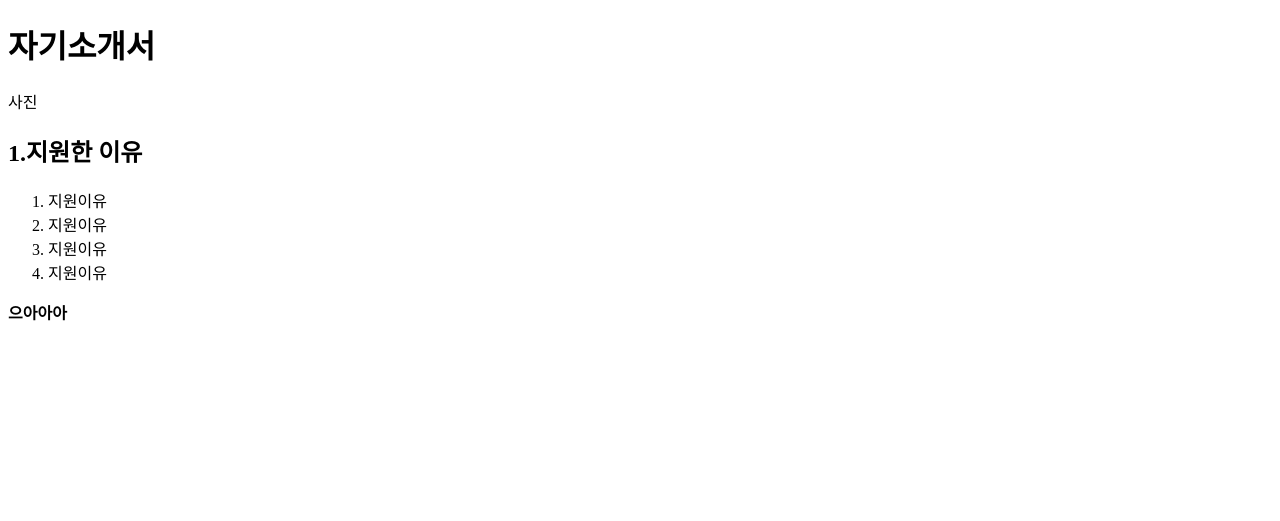
Repository: DongHyenYoo/DongHyen
Page: JdbcStudy/HTMLTEST/WebContent/SelfIntro.html
These files come from the project's save history. The page is drawn as it stood at one moment and after the next save; the edit follows.
The browser window is 1280 px wide. The pictures show the whole page.

Above is the page before, as saved 2022-09-23 07:11:29.

### JdbcStudy/HTMLTEST/WebContent/SelfIntro.html
<!DOCTYPE html>
<html>
<head>
<meta charset="UTF-8">
<title>Insert title here</title>
</head>
<body>
<h1>자기소개서</h1>

사진

<h2>1.지원한 이유</h2>
<ol>
<li>지원이유</li>
<li>지원이유</li>
<li>지원이유</li>
<li>지원이유</li>
</ol>






<strong>으아아아</strong>
</body>
</html>

After the next save:
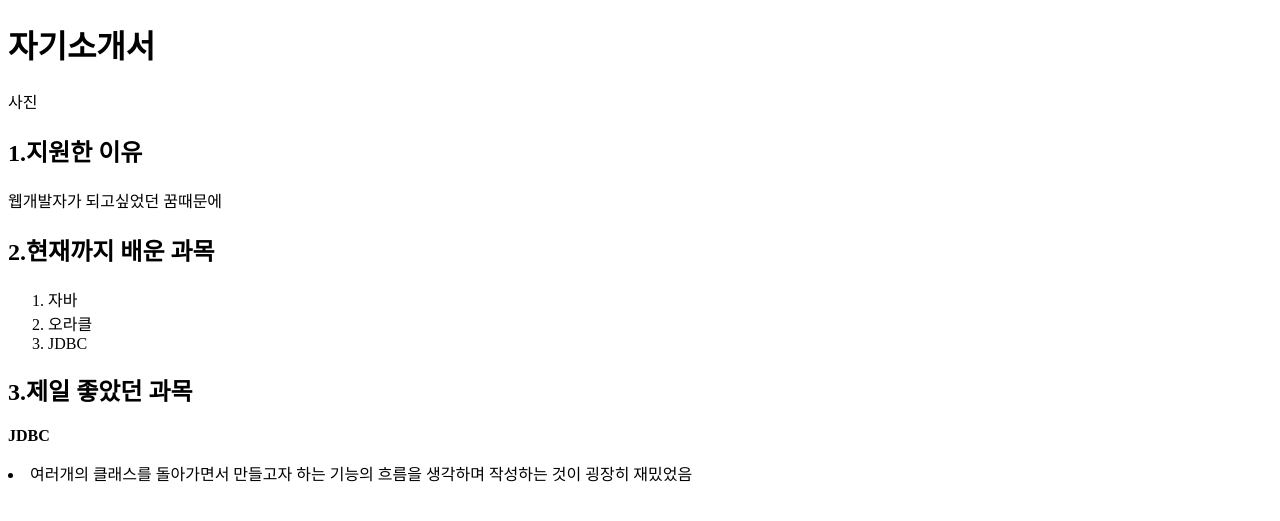
Saved 8 min 15 s later.
--- a/JdbcStudy/HTMLTEST/WebContent/SelfIntro.html
+++ b/JdbcStudy/HTMLTEST/WebContent/SelfIntro.html
@@ -9,19 +9,34 @@
 
 사진
 
+
 <h2>1.지원한 이유</h2>
+<p>
+웹개발자가 되고싶었던 꿈때문에
+</p>
+
+
+<h2>2.현재까지 배운 과목</h2>
+<p>
 <ol>
-<li>지원이유</li>
-<li>지원이유</li>
-<li>지원이유</li>
-<li>지원이유</li>
+<li>자바</li>
+<li>오라클</li>
+<li>JDBC</li>
 </ol>
+</p>
+
+
+<h2>3.제일 좋았던 과목</h2>
+<p>
+<strong>JDBC</strong>
+<li>여러개의 클래스를 돌아가면서 만들고자 하는 기능의 흐름을 생각하며
+작성하는 것이 굉장히 재밌었음</li>
+</p>
 
 
 
 
 
 
-<strong>으아아아</strong>
 </body>
 </html>
